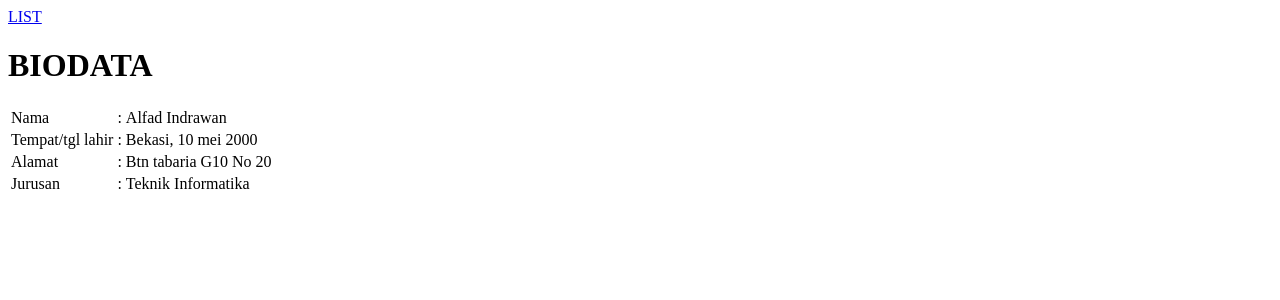
Repository: alfadindrawan/CRUD-ExpressJs
Page: http://localhost/bio
These files come from the project's save history. The page is drawn as it stood at one moment and after a run of saves; the edit follows.
The browser window is 1280 px wide. The pictures show the whole page.
The page is served by the project's Node server (app.js).

Above is the page before, as saved 2021-10-06 02:52:46.

After the next 3 saves:
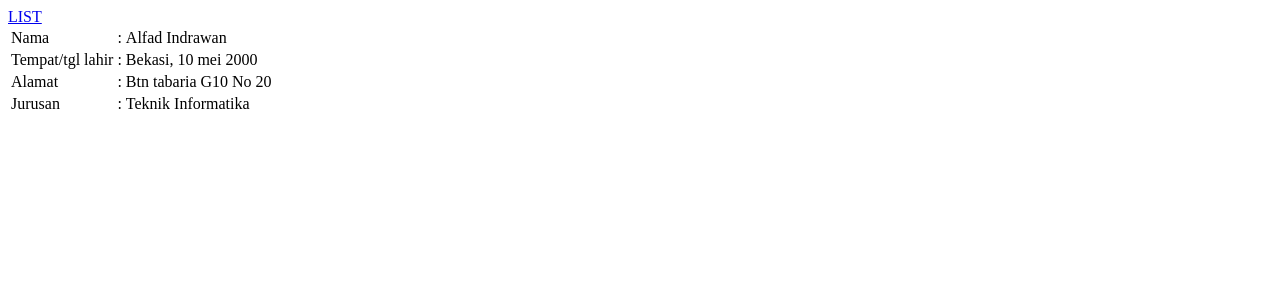
The 3 saves are shown as one change because they came seconds apart.
The last was saved 9 h 44 min later.
--- a/views/bio.ejs
+++ b/views/bio.ejs
@@ -10,12 +10,7 @@
     <header>
         <a href="/" class="header-logo">LIST</a>
       </header>
-      <div class="container-table">
-        <div class="container-header">
-          <h1>BIODATA</h1>
-        </div>
-        <div class="index-table">
-          <div class="table-bio">
+
             <table border="0">
                 <tr>
                     <td>Nama</td>
